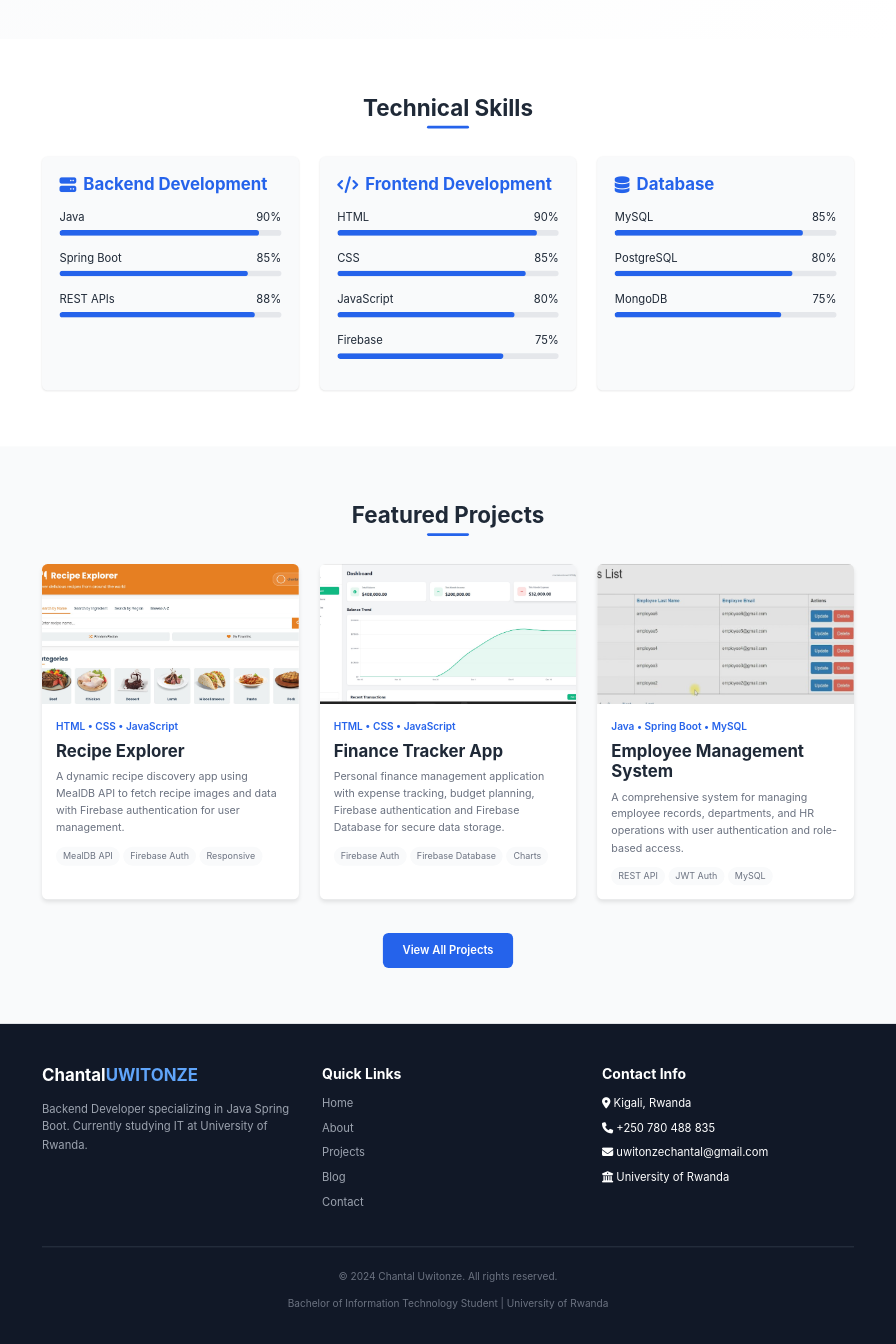
Repository: Tonzichantal7/My_porfolio
Page: index.html
The author's editor kept a copy of each file at every save. The page is drawn from the files as they stood at one save, then again after the next save.
The browser window is 1280 px wide. The pictures show the part of the page from y = 664 to 2584 px (the page is 2584 px tall before and 2555 px after), at 70% of full size.

Above is the page before, as saved 2025-12-12 07:17:06.

### index.html
<!DOCTYPE html>
<html lang="en">
<head>
    <meta charset="UTF-8">
    <meta name="viewport" content="width=device-width, initial-scale=1.0">
    <meta name="description" content="Chantal Uwitonze - Backend Developer and IT Student from Rwanda">
    <title>Chantal Uwitonze | Backend Developer</title>
    <link rel="stylesheet" href="style.css">
    <link rel="stylesheet" href="https://cdnjs.cloudflare.com/ajax/libs/font-awesome/6.4.0/css/all.min.css">
</head>
<body>
    <!-- Navigation -->
    <nav class="navbar">
        <div class="container">
            <a href="index.html" class="logo">Chantal<span>UWITONZE</span></a>

            <button class="menu-toggle" id="menuToggle" aria-controls="navLinks" aria-expanded="false" aria-label="Toggle navigation">
                <i class="fas fa-bars"></i>
            </button>

            <ul class="nav-links" id="navLinks">
                <li><a href="index.html" class="active">Home</a></li>
                <li><a href="about.html">About</a></li>
                <li><a href="projects.html">Projects</a></li>
                <li><a href="blog.html">Blog</a></li>
                <li><a href="contact.html">Contact</a></li>
            </ul>
        </div>
    </nav>

    <!-- Hero Section -->
    <section class="hero">
        <div class="container">
            <div class="hero-content">
                <h1>Hello, I'm <span class="text-primary">Chantal Uwitonze</span></h1>
                <h2>Full-Stack Developer & IT Student</h2>
                <p>I specialize in building robust backend systems with Java Spring Boot and dynamic frontend applications using HTML, CSS, JavaScript, and Firebase. Currently pursuing my Bachelor's degree in Information Technology at the University of Rwanda.</p>

                <div class="hero-buttons">
                    <a href="projects.html" class="btn">View My Projects</a>
                    <a href="contact.html" class="btn btn-secondary">Contact Me</a>
                </div>

                <div class="hero-info">
                    <div class="info-item">
                        <i class="fas fa-map-marker-alt"></i>
                        <span>Kigali, Rwanda</span>
                    </div>
                    <div class="info-item">
                        <i class="fas fa-phone"></i>
                        <span>+250 780 488 835</span>
                    </div>
                    <div class="info-item">
                        <i class="fas fa-graduation-cap"></i>
                        <span>University of Rwanda</span>
                    </div>
                </div>
            </div>

            <div class="hero-image">
                <!-- Replace with your profile photo -->
                <img src="images/profile/chantal.jpg" alt="Chantal Uwitonze" class="profile-img">
            </div>
        </div>
    </section>

    <!-- Skills Section -->
    <section class="section">
        <div class="container">
            <h2 class="section-title">Technical Skills</h2>

            <div class="skills-container">
                <div class="skill-category">
                    <h3><i class="fas fa-server"></i> Backend Development</h3>
                    <div class="skill-item">
                        <div class="skill-name">
                            <span>Java</span>
                            <span>90%</span>
                        </div>
                        <div class="skill-bar">
                            <div class="skill-level" style="width: 90%"></div>
                        </div>
                    </div>
                    <div class="skill-item">
                        <div class="skill-name">
                            <span>Spring Boot</span>
                            <span>85%</span>
                        </div>
                        <div class="skill-bar">
                            <div class="skill-level" style="width: 85%"></div>
                        </div>
                    </div>
                    <div class="skill-item">
                        <div class="skill-name">
                            <span>REST APIs</span>
                            <span>88%</span>
                        </div>
                        <div class="skill-bar">
                            <div class="skill-level" style="width: 88%"></div>
                        </div>
                    </div>
                </div>

                <div class="skill-category">
                    <h3><i class="fas fa-code"></i> Frontend Development</h3>
                    <div class="skill-item">
                        <div class="skill-name">
                            <span>HTML</span>
                            <span>90%</span>
                        </div>
                        <div class="skill-bar">
                            <div class="skill-level" style="width: 90%"></div>
                        </div>
                    </div>
                    <div class="skill-item">
                        <div class="skill-name">
                            <span>CSS</span>
                            <span>85%</span>
                        </div>
                        <div class="skill-bar">
                            <div class="skill-level" style="width: 85%"></div>
                        </div>
                    </div>
                    <div class="skill-item">
                        <div class="skill-name">
                            <span>JavaScript</span>
                            <span>80%</span>
                        </div>
                        <div class="skill-bar">
                            <div class="skill-level" style="width: 80%"></div>
                        </div>
                    </div>
                    <div class="skill-item">
                        <div class="skill-name">
                            <span>Firebase</span>
                            <span>75%</span>
                        </div>
                        <div class="skill-bar">
                            <div class="skill-level" style="width: 75%"></div>
                        </div>
                    </div>
                </div>

                <div class="skill-category">
                    <h3><i class="fas fa-database"></i> Database</h3>
                    <div class="skill-item">
                        <div class="skill-name">
                            <span>MySQL</span>
                            <span>85%</span>
                        </div>
                        <div class="skill-bar">
                            <div class="skill-level" style="width: 85%"></div>
                        </div>
                    </div>
                    <div class="skill-item">
                        <div class="skill-name">
                            <span>PostgreSQL</span>
                            <span>80%</span>
                        </div>
                        <div class="skill-bar">
                            <div class="skill-level" style="width: 80%"></div>
                        </div>
                    </div>
                    <div class="skill-item">
                        <div class="skill-name">
                            <span>MongoDB</span>
                            <span>75%</span>
                        </div>
                        <div class="skill-bar">
                            <div class="skill-level" style="width: 75%"></div>
                        </div>
                    </div>
                </div>
            </div>
        </div>
    </section>

    <!-- Featured Projects -->
    <section class="section" style="background-color: var(--bg-light);">
        <div class="container">
            <h2 class="section-title">Featured Projects</h2>

            <div class="projects-grid">
                <div class="project-card">
                    <div class="project-image">
                        <!-- Replace with your project image -->
                        <img src="images/projects/recipe-explorer.jpg" alt="Recipe Explorer">
                    </div>
                    <div class="project-content">
                        <div class="project-category">HTML • CSS • JavaScript</div>
                        <h3 class="project-title">Recipe Explorer</h3>
                        <p class="project-description">A dynamic recipe discovery app using MealDB API to fetch recipe images and data with Firebase authentication for user management.</p>
                        <div class="project-tags">
                            <span class="project-tag">MealDB API</span>
                            <span class="project-tag">Firebase Auth</span>
                            <span class="project-tag">Responsive</span>
                        </div>
                    </div>
                </div>

                <div class="project-card">
                    <div class="project-image">
                        <!-- Replace with your project image -->
                        <img src="images/projects/finance-tracker.jpg" alt="Finance Tracker">
                    </div>
                    <div class="project-content">
                        <div class="project-category">HTML • CSS • JavaScript</div>
                        <h3 class="project-title">Finance Tracker App</h3>
                        <p class="project-description">Personal finance management application with expense tracking, budget planning, Firebase authentication and Firebase Database for secure data storage.</p>
                        <div class="project-tags">
                            <span class="project-tag">Firebase Auth</span>
                            <span class="project-tag">Firebase Database</span>
                            <span class="project-tag">Charts</span>
                        </div>
                    </div>
                </div>

                <div class="project-card">
                    <div class="project-image">
                        <!-- Replace with your project image -->
                        <img src="images/projects/project1.jpg" alt="Employee Management System">
                    </div>
                    <div class="project-content">
                        <div class="project-category">Java • Spring Boot • MySQL</div>
                        <h3 class="project-title">Employee Management System</h3>
                        <p class="project-description">A comprehensive system for managing employee records, departments, and HR operations with user authentication and role-based access.</p>
                        <div class="project-tags">
                            <span class="project-tag">REST API</span>
                            <span class="project-tag">JWT Auth</span>
                            <span class="project-tag">MySQL</span>
                        </div>
                    </div>
                </div>
            </div>

            <div class="text-center mt-3">
                <a href="projects.html" class="btn">View All Projects</a>
            </div>
        </div>
    </section>

    <!-- Footer -->
    <footer class="footer">
        <div class="container">
            <div class="footer-content">
                <div class="footer-col">
                    <h3>Chantal<span>UWITONZE</span></h3>
                    <p>Backend Developer specializing in Java Spring Boot. Currently studying IT at University of Rwanda.</p>
                </div>

                <div class="footer-col">
                    <h4>Quick Links</h4>
                    <ul class="footer-links">
                        <li><a href="index.html">Home</a></li>
                        <li><a href="about.html">About</a></li>
                        <li><a href="projects.html">Projects</a></li>
                        <li><a href="blog.html">Blog</a></li>
                        <li><a href="contact.html">Contact</a></li>
                    </ul>
                </div>

                <div class="footer-col">
                    <h4>Contact Info</h4>
                    <ul class="footer-links">
                        <li><i class="fas fa-map-marker-alt"></i> Kigali, Rwanda</li>
                        <li><i class="fas fa-phone"></i> +250 780 488 835</li>
                        <li><i class="fas fa-envelope"></i> uwitonzechantal@gmail.com</li>
                        <li><i class="fas fa-university"></i> University of Rwanda</li>
                    </ul>
                </div>
            </div>

            <div class="footer-bottom">
                <p>&copy; 2024 Chantal Uwitonze. All rights reserved.</p>
                <p>Bachelor of Information Technology Student | University of Rwanda</p>
            </div>
        </div>
    </footer>

    <script src="assets/nav.js"></script>
</body>
</html>

Loaded but not shown: assets/nav.js (85 lines, source omitted); style.css (965 lines, source omitted)

After the next save:
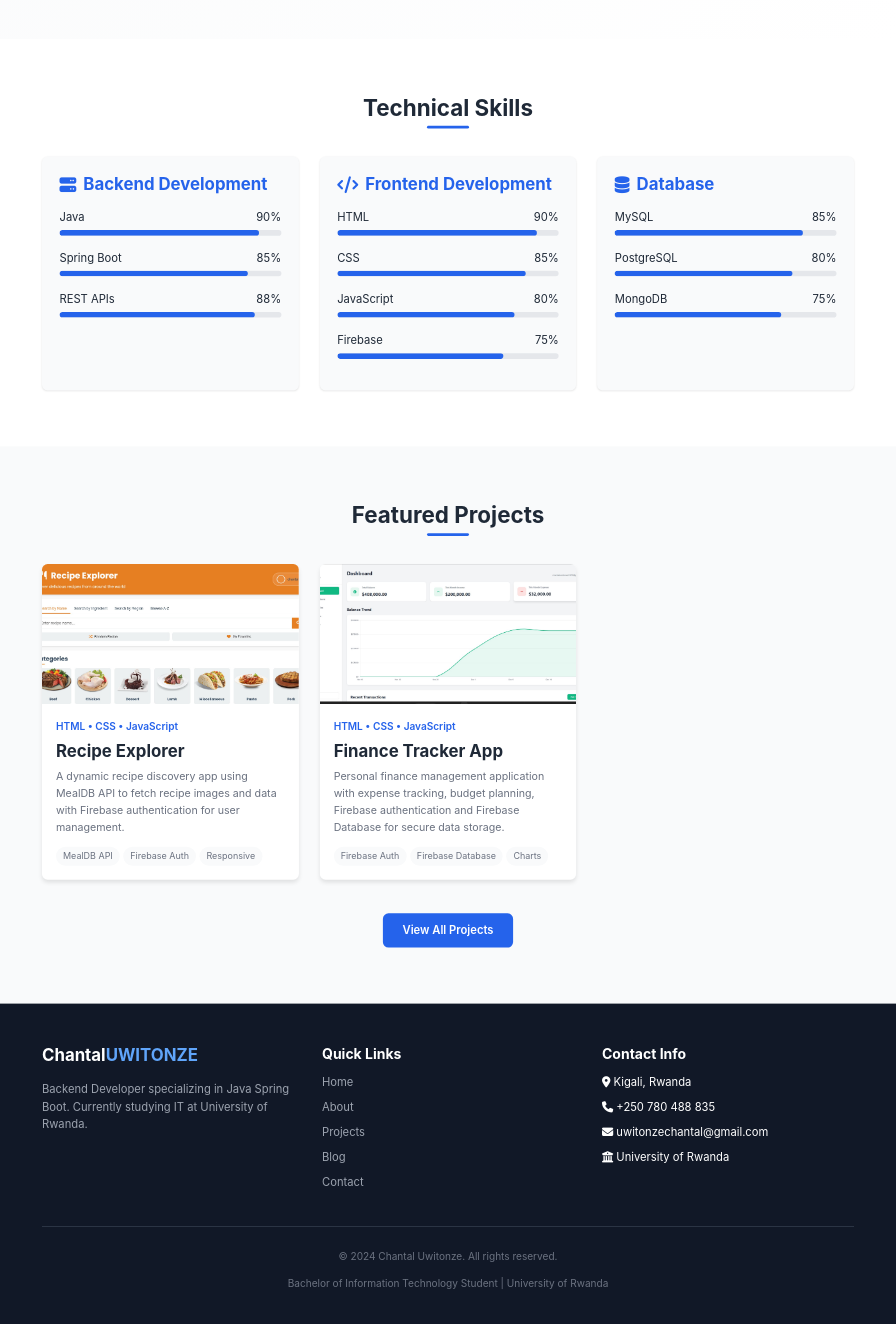
Saved 4 h 12 min later.
--- a/index.html
+++ b/index.html
@@ -214,23 +214,6 @@
                         </div>
                     </div>
                 </div>
-
-                <div class="project-card">
-                    <div class="project-image">
-                        <!-- Replace with your project image -->
-                        <img src="images/projects/project1.jpg" alt="Employee Management System">
-                    </div>
-                    <div class="project-content">
-                        <div class="project-category">Java • Spring Boot • MySQL</div>
-                        <h3 class="project-title">Employee Management System</h3>
-                        <p class="project-description">A comprehensive system for managing employee records, departments, and HR operations with user authentication and role-based access.</p>
-                        <div class="project-tags">
-                            <span class="project-tag">REST API</span>
-                            <span class="project-tag">JWT Auth</span>
-                            <span class="project-tag">MySQL</span>
-                        </div>
-                    </div>
-                </div>
             </div>
 
             <div class="text-center mt-3">
